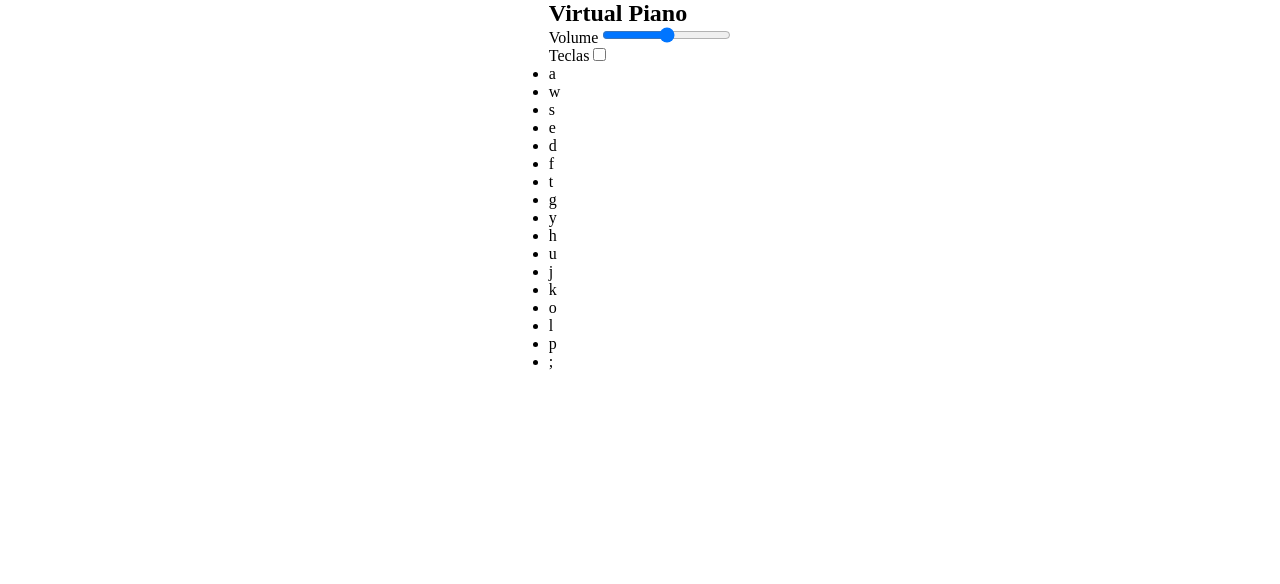
Repository: gustavotwist/simulador-piano
Page: index.html
These files come from the project's save history. The page is drawn as it stood at one moment and after a run of saves; the edit follows.
The browser window is 1280 px wide. The pictures show the whole page.

Above is the page before, as saved 2024-11-27 18:31:24.

### index.html
<!DOCTYPE html>
<html lang="pt-br">
<head>
    <meta charset="UTF-8">
    <meta name="viewport" content="width=device-width, initial-scale=1.0">
    <title>Piano Simulator</title>

    <link rel="stylesheet" href="./src/styles/reset.css">
    <link rel="stylesheet" href="./src/styles/main.css">
</head>

<body>
    <div class="container">
        <header>
            <h2>Virtual Piano</h2>
            <div class="column volume-slider">
                <span>Volume</span> <input type="range">
            </div>
            <div class="column keys-check">
                <span>Teclas</span> <input type="checkbox" cheked>
            </div>
        </header>
        <ul class="piano-keys">
            <li class="key"><span>a</span></li>
            <li class="key"><span>w</span></li>
            <li class="key white"><span>s</span></li>
            <li class="key black"><span>e</span></li>
            <li class="key white"><span>d</span></li>
            <li class="key black"><span>f</span></li>
            <li class="key white"><span>t</span></li>
            <li class="key black"><span>g</span></li>
            <li class="key white"><span>y</span></li>
            <li class="key black"><span>h</span></li>
            <li class="key white"><span>u</span></li>
            <li class="key black"><span>j</span></li>
            <li class="key white"><span>k</span></li>
            <li class="key black"><span>o</span></li>
            <li class="key white"><span>l</span></li>
            <li class="key black"><span>p</span></li>
            <li class="key white"><span>;</span></li>
        </ul>

    </div>

    <script src="./src/scripts/engine.js"></script>
</body>
</html>

### src/styles/main.css
body {
    display: flex;
    align-items: center;
    justify-content: center;
    min-height: ;
}

Loaded but not shown: src/styles/reset.css (common file); src/scripts/engine.js (no copy from this time; the picture is the same without it)

After the next 3 saves:
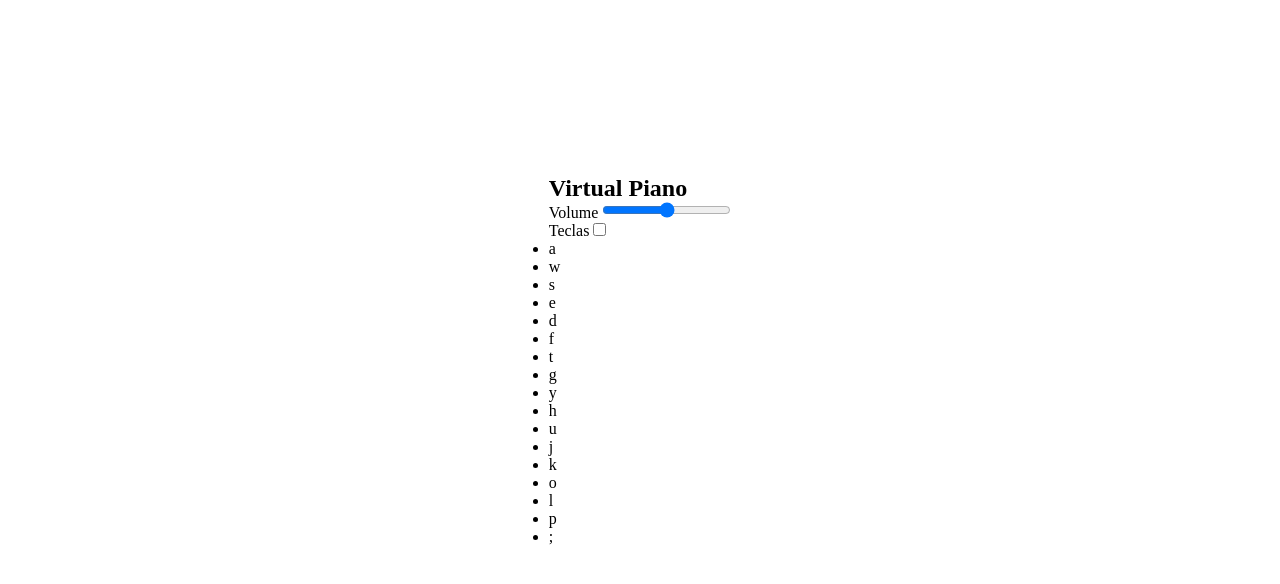
The 3 saves are shown as one change because they came seconds apart.
The last was saved 9 s later.
--- a/src/styles/main.css
+++ b/src/styles/main.css
@@ -2,5 +2,6 @@ body {
     display: flex;
     align-items: center;
     justify-content: center;
-    min-height: ;
+    min-height: 100vh;
+
 }
